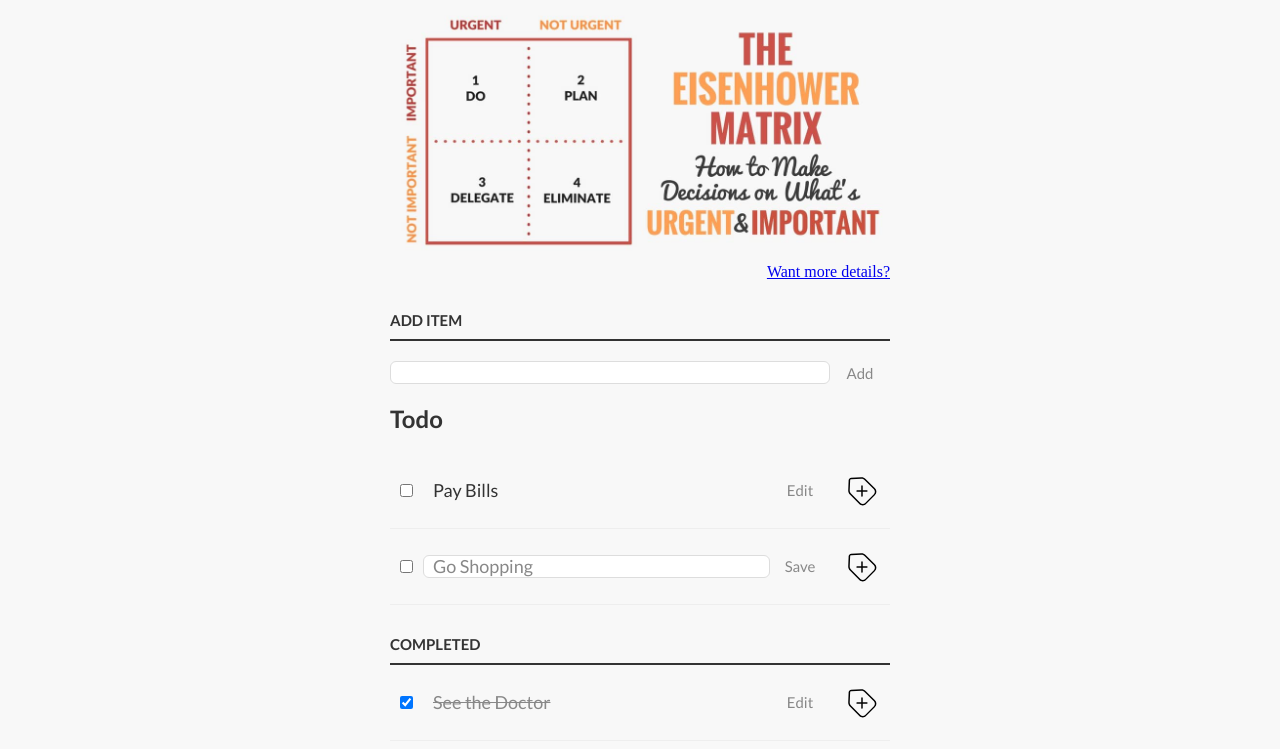
Repository: dev1siWoo/clean-code-s1e1
Page: index.html
These files come from the project's save history. The page is drawn as it stood at one moment and after the next save; the edit follows.
The browser window is 1280 px wide. The pictures show the whole page.

Above is the page before, as saved 2024-01-08 22:17:58.

After the next save:
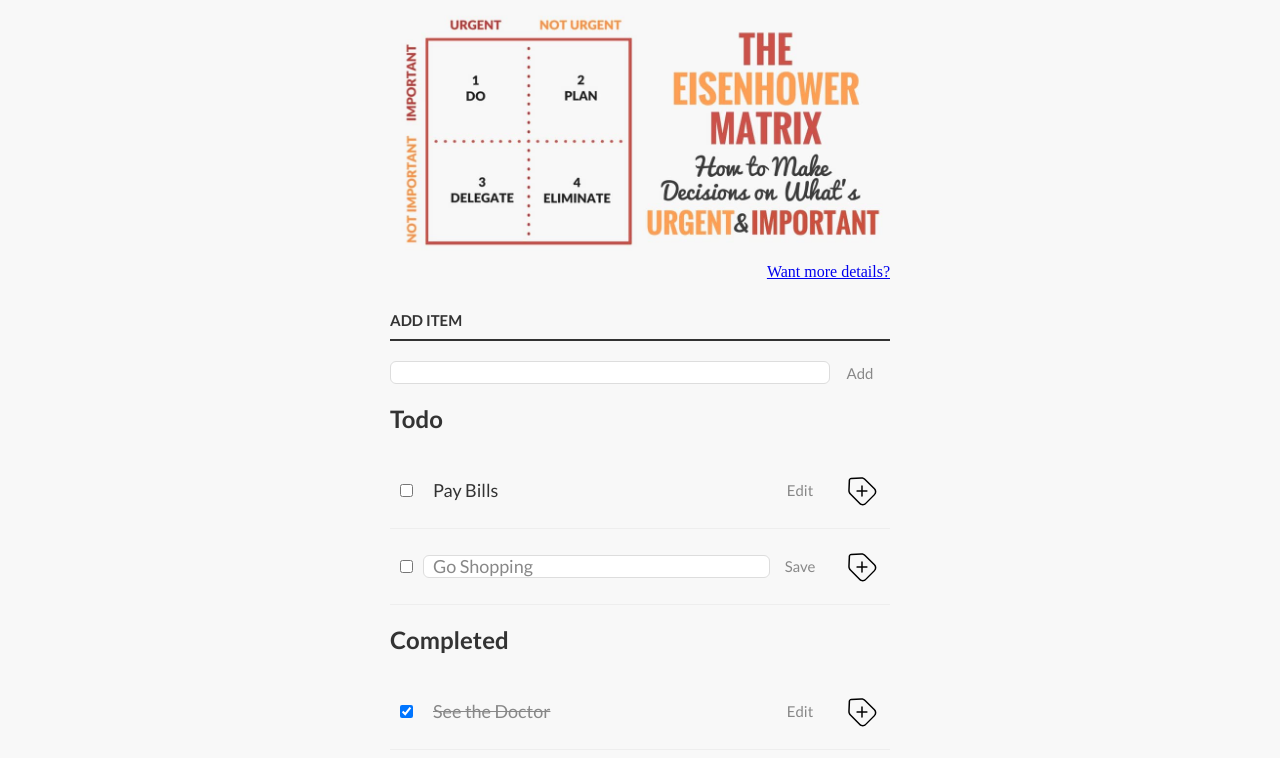
Saved 9 s later.
--- a/index.html
+++ b/index.html
@@ -47,7 +47,7 @@
                     </button>
                 </li>
             </ul>
-            <h3>Completed</h3>
+            <h2>Completed</h2>
             <ul id="completed-tasks">
                 <li>
                     <input type="checkbox" checked>
